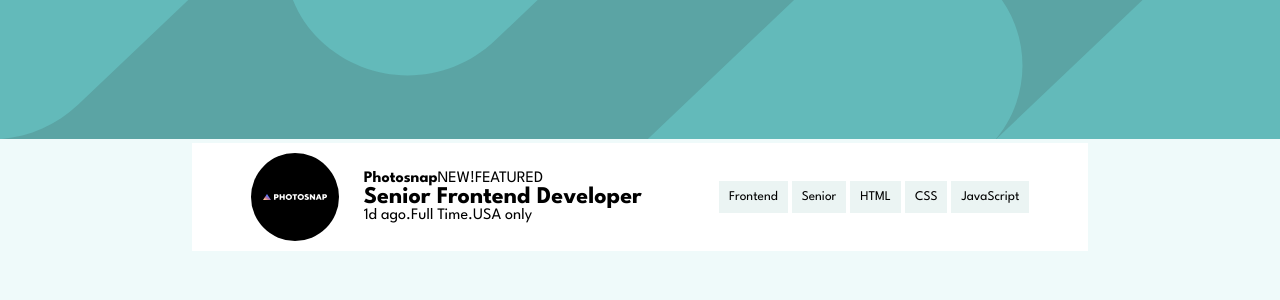
Repository: Eldream12/JobListing
Page: index.html
These files come from the project's save history. The page is drawn as it stood at one moment and after a run of saves; the edit follows.
The browser window is 1280 px wide. The pictures show the whole page.

Above is the page before, as saved 2025-03-31 20:20:13.

### index.html
<!DOCTYPE html>
<html lang="en">
	<head>
		<meta charset="UTF-8" />
		<meta name="viewport" content="width=device-width, initial-scale=1.0" />
		<title>Job Listing</title>
		<link rel="stylesheet" href="style/style.css" />
	</head>

	<body>
		<header>
			<div>
				<img src="Images/bg-header-desktop.svg" alt="NavHeader" />
			</div>
		</header>

		<main>
			<div class="content-carrier">
				<div class="content">
					<div class="ctn">
						<img src="Images/photosnap.svg" alt="photosnap" />
						<div class="content-text">
							<div class="txt-1">
								<h4>Photosnap</h4>
								<p>NEW!</p>
								<p>FEATURED</p>
							</div>
							<div class="txt-2">
								<h2>Senior Frontend Developer</h2>
							</div>
							<div class="txt-3">
								<p>1d ago</p>
								<p>.</p>
								<p>Full Time</p>
								<p>.</p>
								<p>USA only</p>
							</div>
						</div>
					</div>

					<div class="btn">
						<button>Frontend</button>
						<button>Senior</button>
						<button>HTML</button>
						<button>CSS</button>
						<button>JavaScript</button>
					</div>
				</div>
			</div>
		</main>
		<footer></footer>
	</body>
</html>

### style/style.css
@import url("https://fonts.googleapis.com/css2?family=League+Spartan:wght@100..900&display=swap");

* {
	font-family: League Spartan;
	margin: 0;
	padding: 0;
	box-sizing: border-box;
}

html body {
	background-color: hsl(180, 52%, 96%);
}

header img {
	width: 100%;
	background-color: hsl(180, 29%, 50%);
}

.content-carrier .content {
	display: flex;
	background-color: #ffffff;
	align-items: center;
	justify-content: space-around;
	max-width: 70%;
	margin: auto;
  padding: 10px 20px 10px 20px;
}

.content-carrier .content .txt-1 {
	display: flex;
}

.content-carrier .content .txt-3 {
	display: flex;
}

.content-carrier .content .ctn {
	display: flex;
	align-items: center;
}

.content .ctn img {
  margin-right: 25px;
}

.content .btn button {
  background-color:  #ebf4f3;
	border: none;
	padding: 10px ;
}

After the next 3 saves:
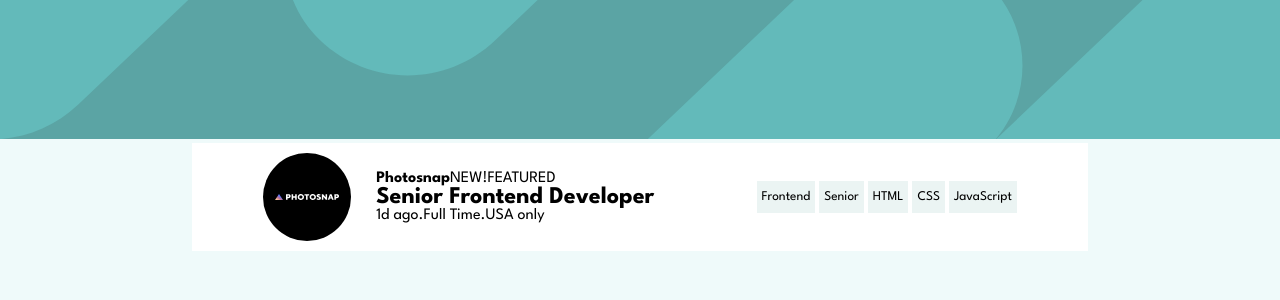
The 3 saves are shown as one change because they came seconds apart.
The last was saved 8 s later.
--- a/style/style.css
+++ b/style/style.css
@@ -46,5 +46,5 @@ header img {
 .content .btn button {
   background-color:  #ebf4f3;
 	border: none;
-	padding: 10px ;
+	padding: 10px 5px 10px 5px;
 }
